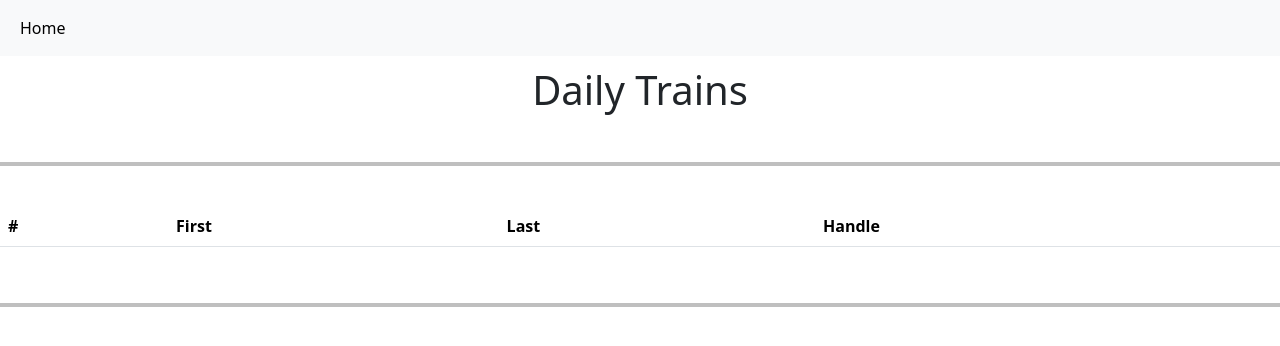
Repository: SachinUthpala/Railway-Reservation
Page: http://localhost/Railway/Train_res
These files come from the project's save history. The page is drawn as it stood at one moment and after the next save; the edit follows.
The browser window is 1280 px wide. The pictures show the whole page.
The page is served by Tomcat 9. Queries for data that is not in the repository find no rows.

Above is the page before, as saved 2023-05-19 17:30:13.

After the next save:
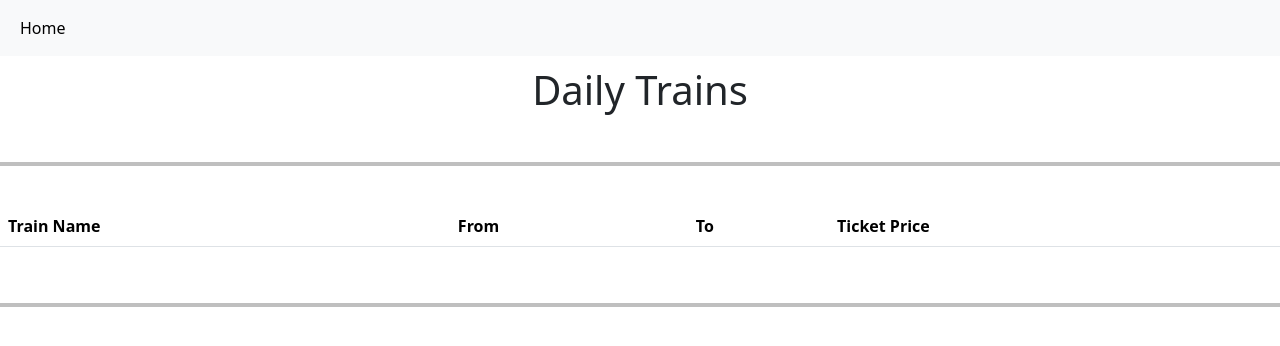
Saved 37 s later.
--- a/Railway/src/main/webapp/Trains.jsp
+++ b/Railway/src/main/webapp/Trains.jsp
@@ -45,10 +45,10 @@ System.out.println("\n Username :"+Username);
   <table class="table table-striped table-hover">
   <thead>
     <tr>
-      <th scope="col">#</th>
-      <th scope="col">First</th>
-      <th scope="col">Last</th>
-      <th scope="col">Handle</th>
+      <th scope="col">Train Name</th>
+      <th scope="col">From</th>
+      <th scope="col">To</th>
+      <th scope="col">Ticket Price</th>
     </tr>
   </thead>
   <tbody>
